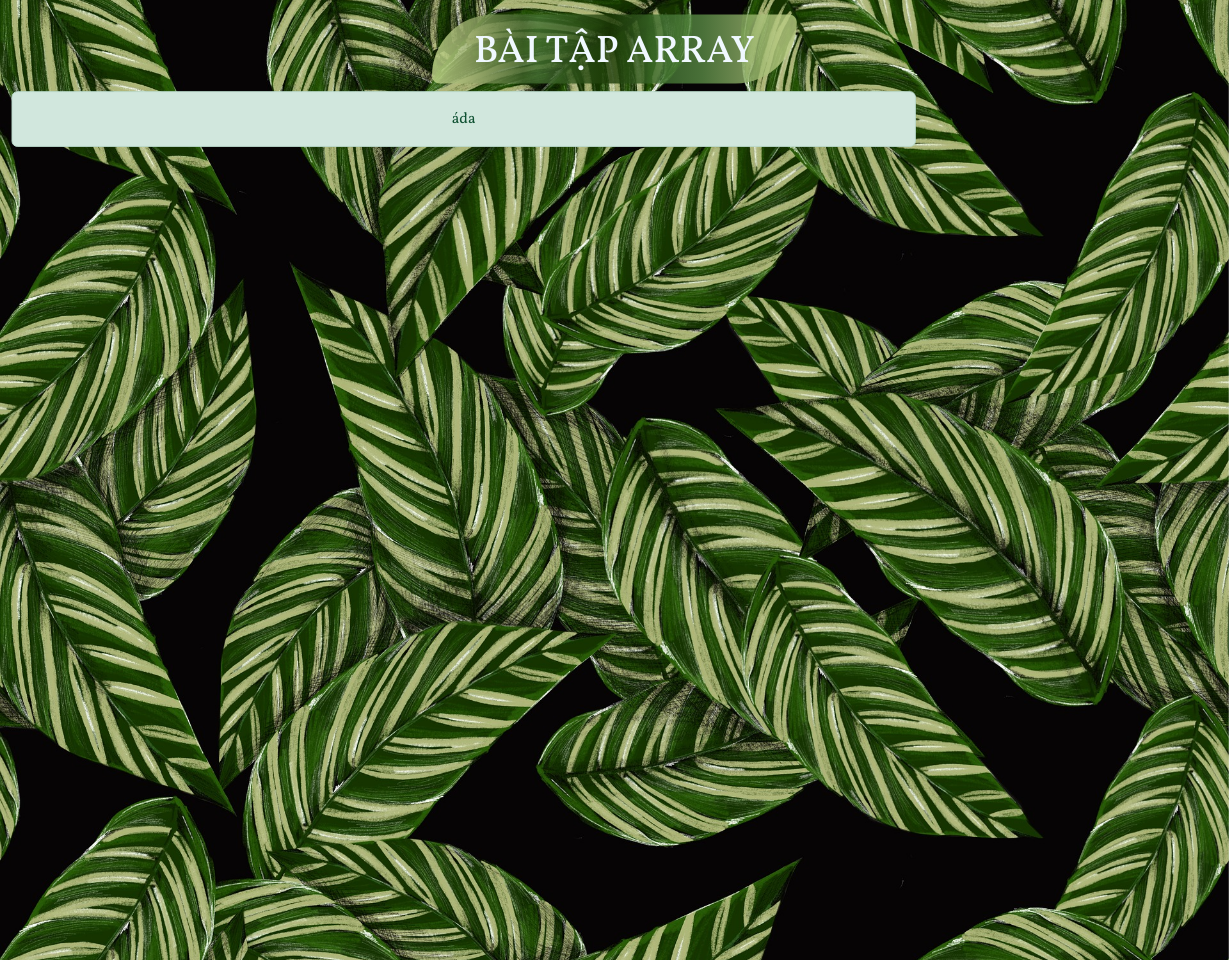
Repository: hcozyph/TranHuuPhuoc_BC43_BT_JS_Buoi7_8_ARRAY
Page: index.html
These files come from the project's save history. The page is drawn as it stood at one moment and after the next save; the edit follows.
The browser window is 1280 px wide. The pictures show the whole page, at 96% of full size.

Above is the page before, as saved 2023-02-20 22:18:47.

After the next save:
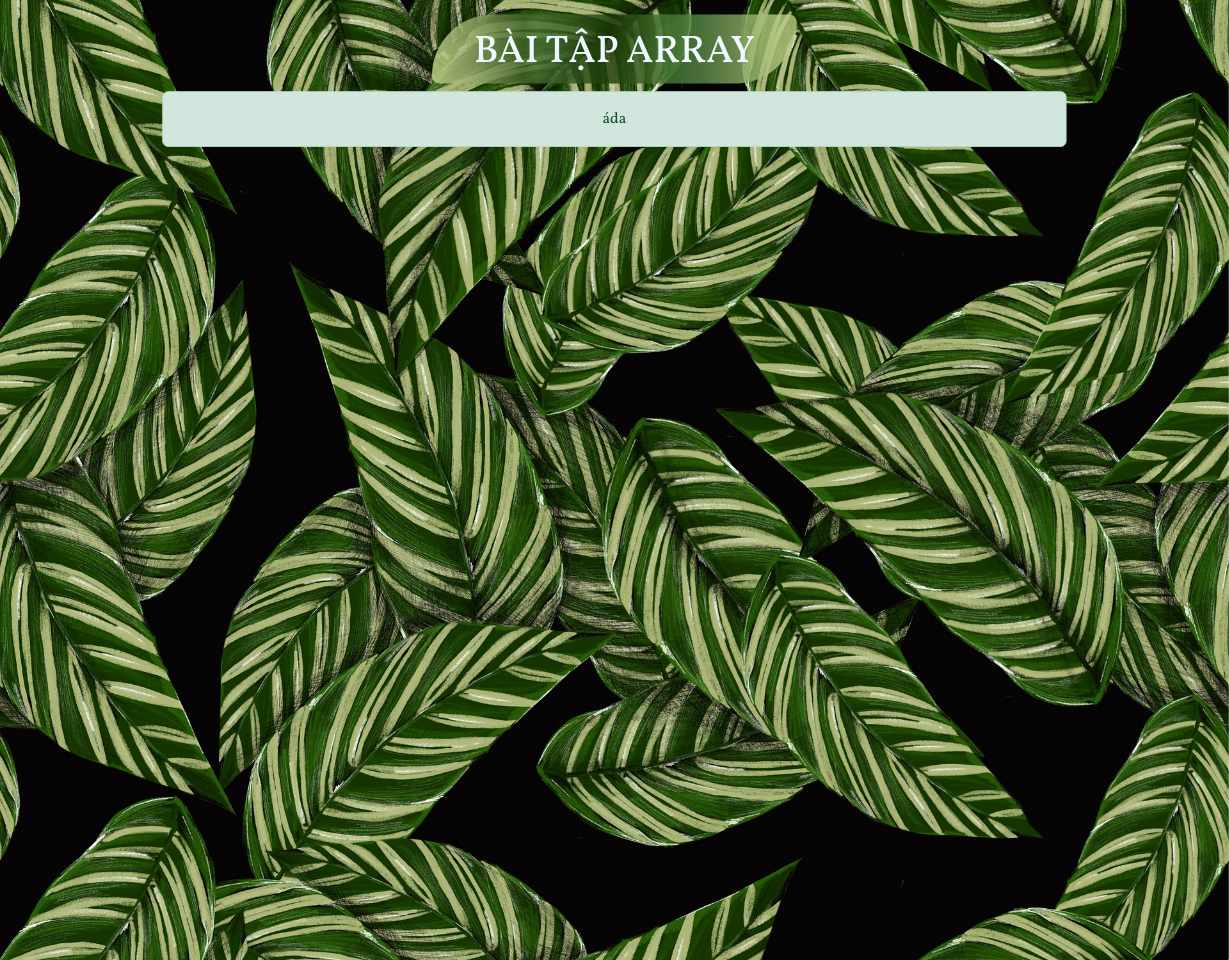
Saved 18 s later.
--- a/index.html
+++ b/index.html
@@ -34,7 +34,12 @@
                     <h1 class="text-center p-2">BÀI TẬP ARRAY</h1>
                 </div>
 
-                <div class="alert alert-success w-75 text-center">áda</div>
+                <div
+                    class="alert alert-success w-75 text-center d-block"
+                    style="margin: 0 auto"
+                >
+                    áda
+                </div>
             </div>
 
             <div class="bt-array-content">
